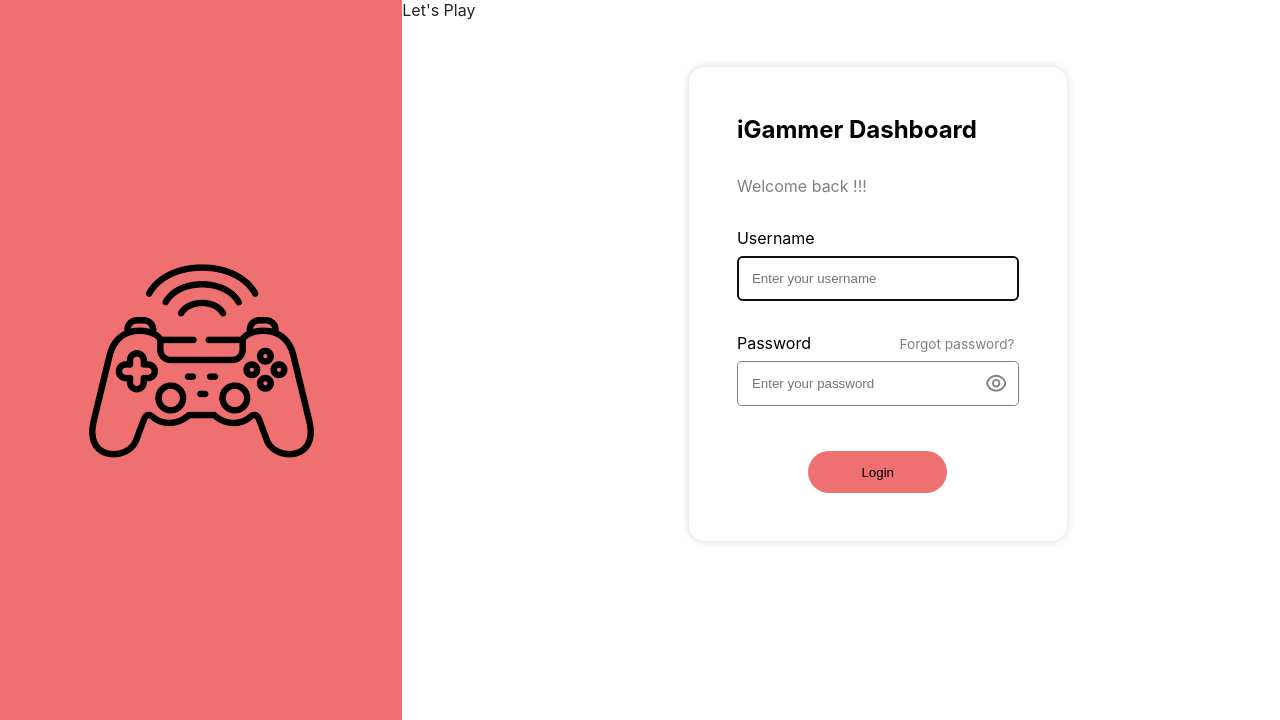
Repository: agwenchez/iGammer-dashboard
Page: /dashboard
These files come from the project's save history. The page is drawn as it stood at one moment and after the next save; the edit follows.
The browser window is 1280 px wide. The pictures show the whole page.
The page's requests for data from a server got no answer. The project was rebuilt for these pictures with package versions that can differ from the ones it lists, and the page was loaded fresh each time. No one was signed in, and anything a server would have sent is missing. Also part of the build but not shown: vite.config.ts, src/components/DataTable/datatable.module.scss, src/pages/Products/productsData.tsx, src/components/DataTable/MuiTable.tsx, src/components/DataTable/index.tsx, src/components/BreadCrumb/breadcrumb.module.scss, src/components/BreadCrumb/index.tsx, src/pages/Customers/customers.module.scss and 19 more.

Above is the page before, as saved 2023-05-05 12:57:47.

After the next save:
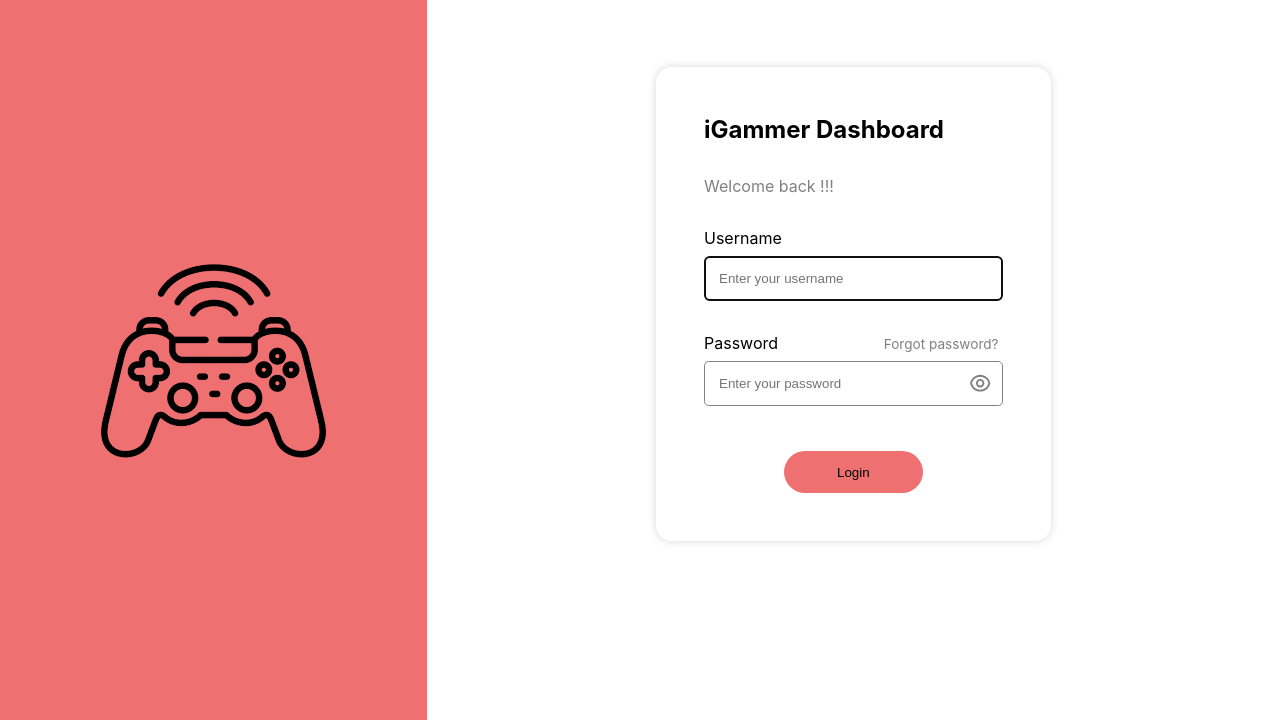
Saved 20 s later.
--- a/src/components/Layouts/AuthLayout/AuthLayout.tsx
+++ b/src/components/Layouts/AuthLayout/AuthLayout.tsx
@@ -8,7 +8,6 @@ const AuthLayout = () => {
             {/* <div className={styles.bg_color}></div> */}
             <img src="/assets/images/game.png" alt="" />
           </div>
-          <p>Let's Play</p>
           <div className={styles.right_container}>
             <Outlet/>
           </div>
